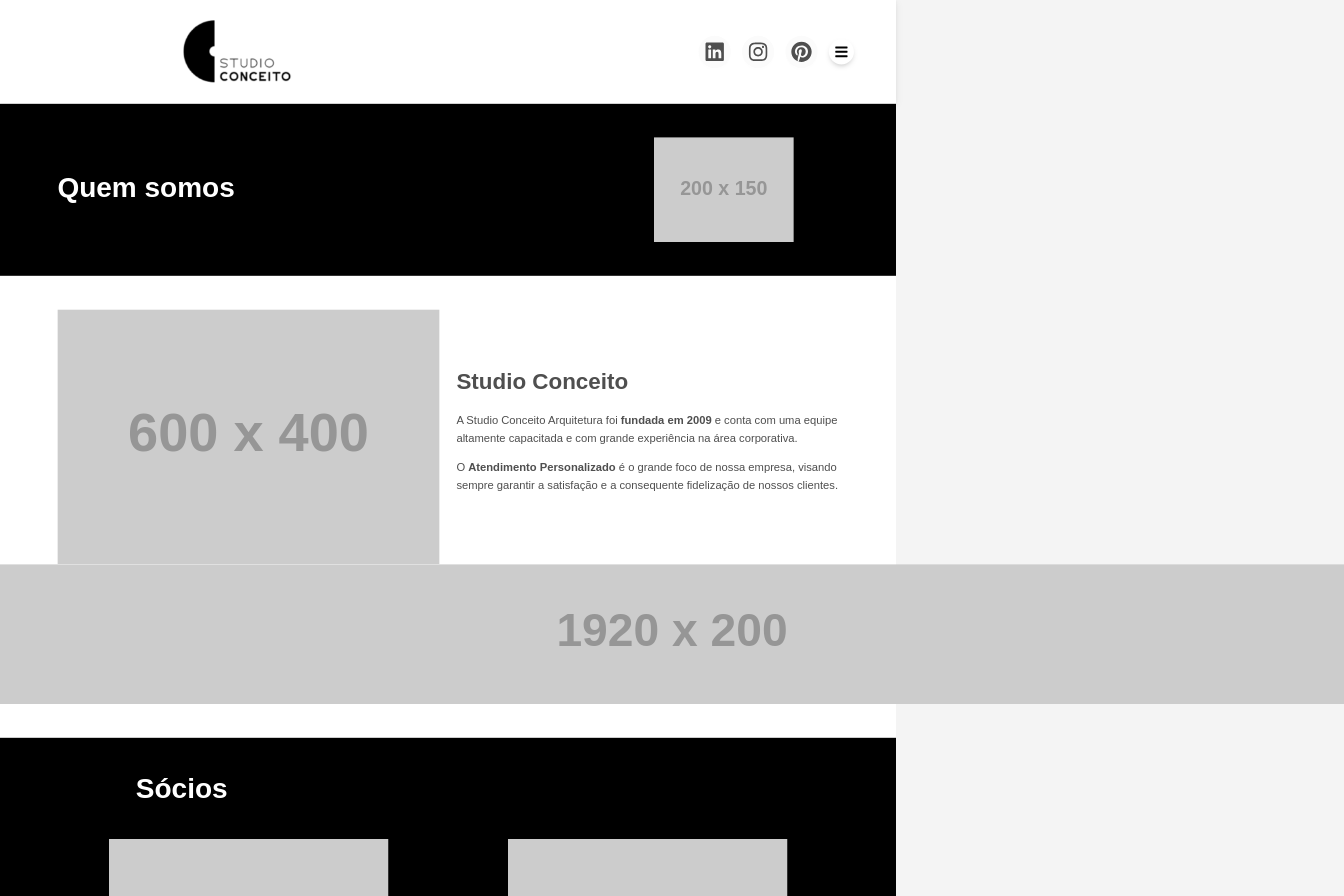
Repository: Upstairs-Agencia/studio-conceito-react
Page: /quem-somos
The author's editor kept a copy of each file at every save. The page is drawn from the files as they stood at one save, then again after the next save.
The browser window is 1280 px wide. The page is 1920 px wide, so the pictures cover 1920 px, including what lies to the right of the window. The pictures show the part of the page from y = 0 to 1280 px (the page is 3571 px tall), at 70% of full size.
The project was rebuilt for these pictures with package versions that can differ from the ones it lists, and the page was loaded fresh each time. Also part of the build but not shown: src/pages/Home.js, src/pages/Servicos.js, src/styles/cases.css, src/pages/Cases.js, src/pages/Blog.js, src/pages/Clientes.js, src/pages/Contato.js.

Above is the page before, as saved 2024-12-29 13:05:40.

After the next save:
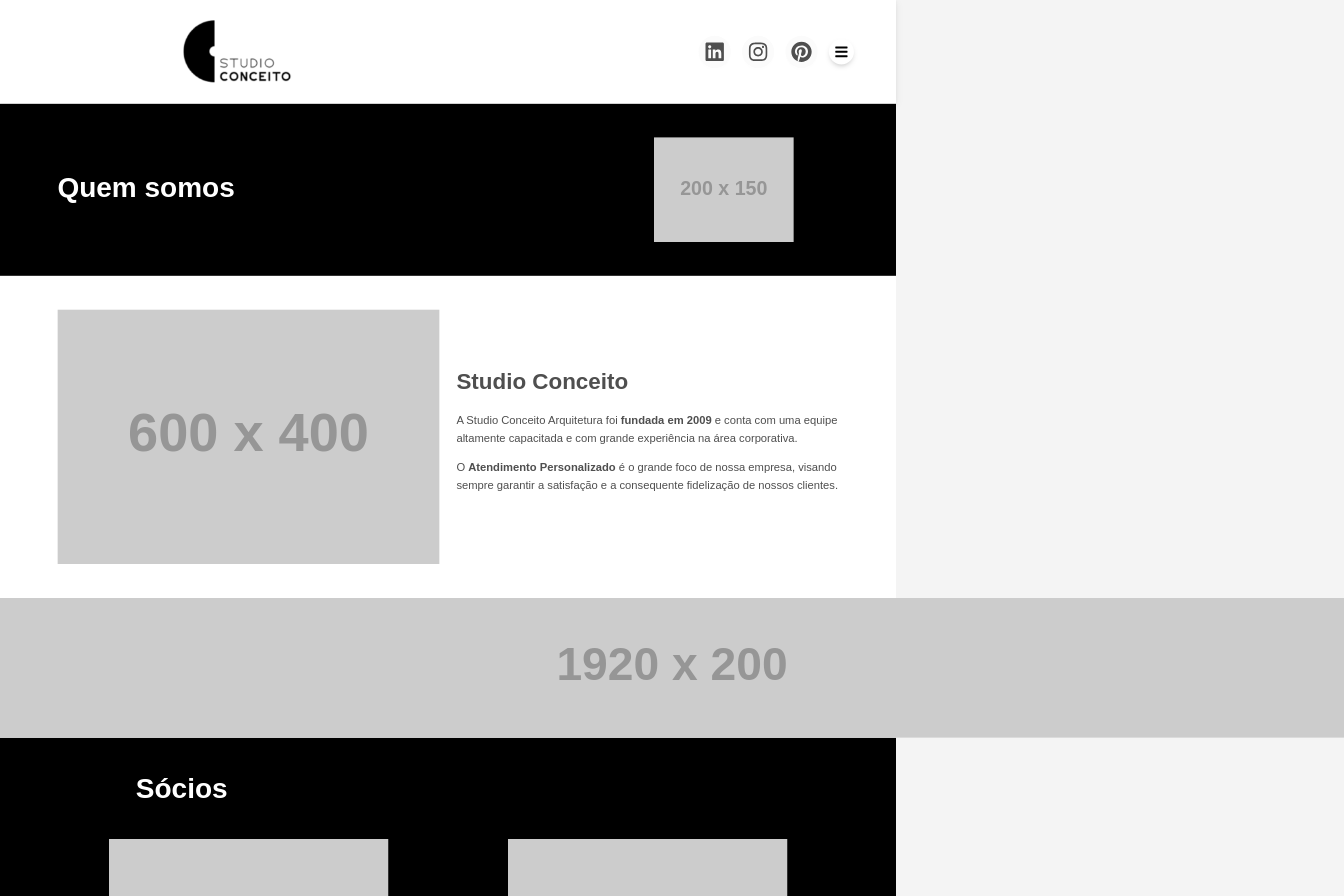
Saved 67 s later.
--- a/src/pages/QuemSomos.js
+++ b/src/pages/QuemSomos.js
@@ -58,12 +58,13 @@ export default function QuemSomos() {
               </MDBCol>
             </MDBRow>
           </MDBContainer>
-          <img
+
+        </section>
+        <img
             src="https://via.placeholder.com/1920x200"
             alt="Studio Conceito"
             className="imagemfundo"
           />
-        </section>
 
         {/* Sócios Section */}
         <section className="py-5 socios text-white">
